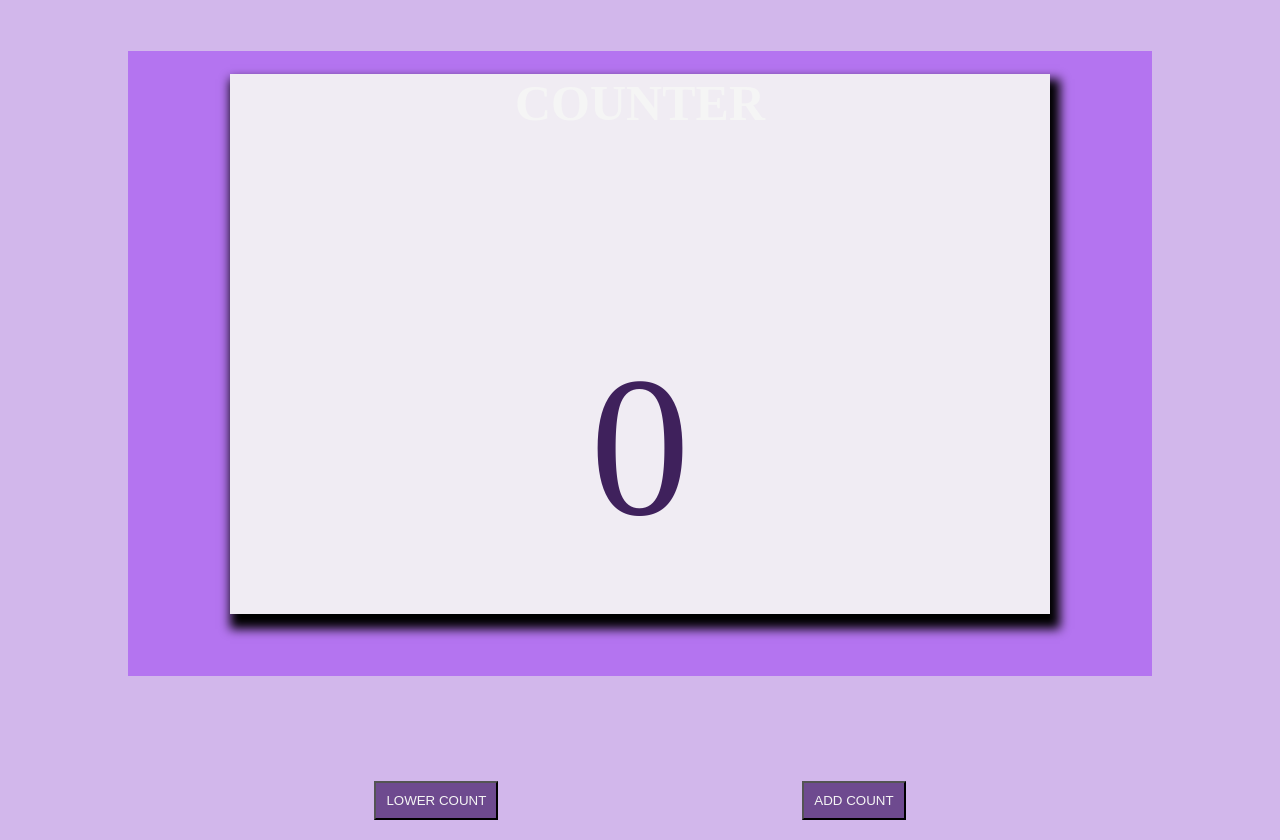
Repository: AnahitKhechumyan/Counter
Page: index.html
An editor plug-in stored every save of this project. The page is shown before and after the next save, followed by the edit.
The browser window is 1280 px wide. The pictures show the whole page.

Above is the page before, as saved 2022-02-14 20:33:14.
Console error: TypeError: Cannot set properties of null (setting 'innerHTML')

After the next save:
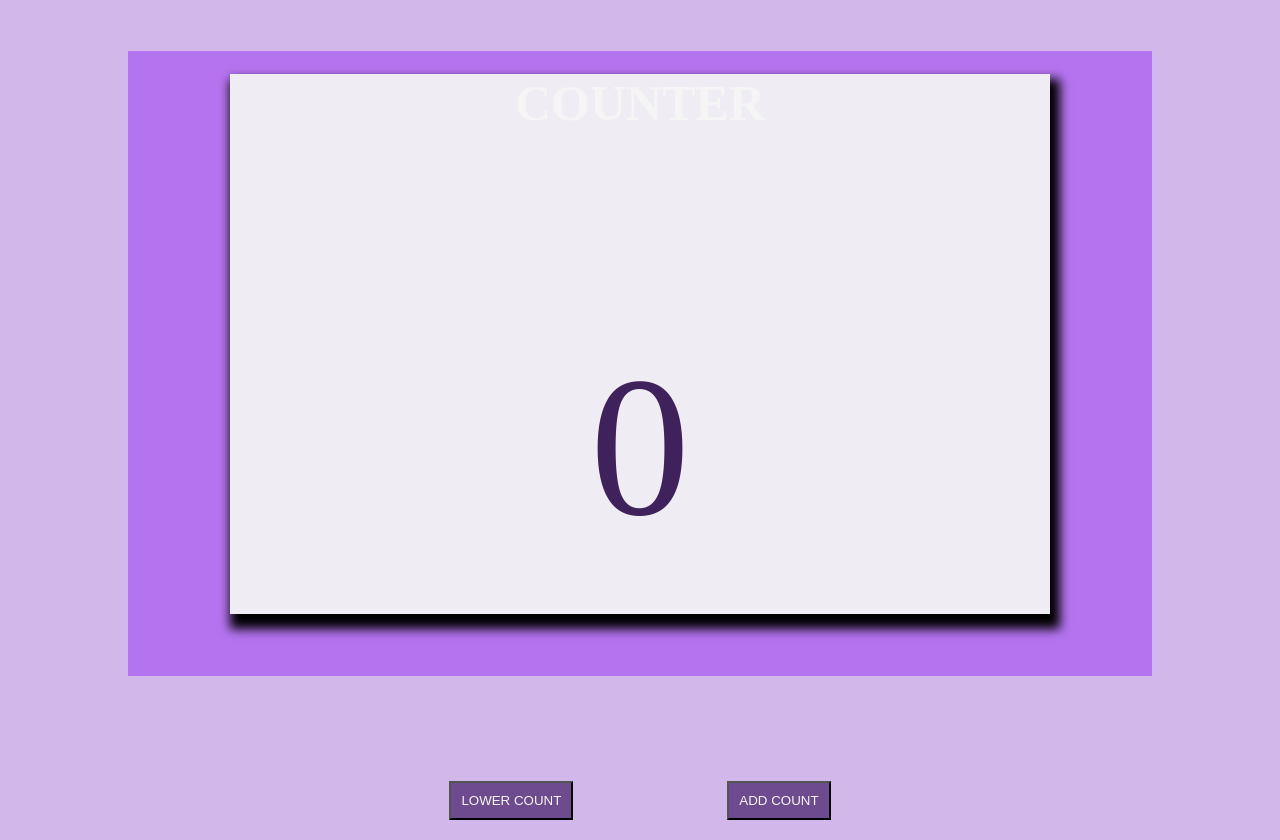
Saved 56 s later.
--- a/style.css
+++ b/style.css
@@ -35,7 +35,7 @@ body{
  }
 .decrement{
     padding:10px;
-   margin-right: 150px;
+
    background-color: rgb(110, 74, 143);
    color:whitesmoke;
 }
